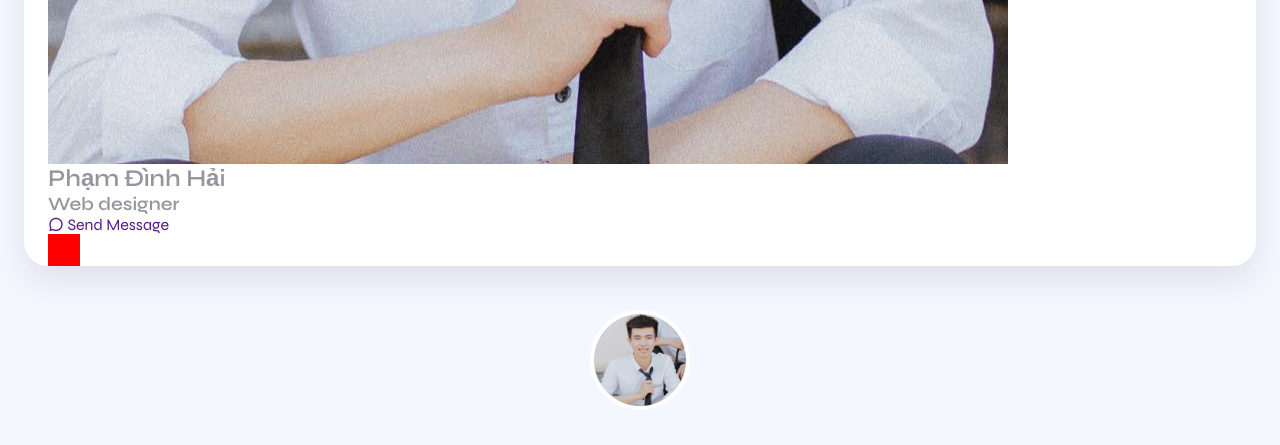
Repository: dinhhaidh/Profile
Page: index.html
The author's editor kept a copy of each file at every save. The page is drawn from the files as they stood at one save, then again after a run of saves.
The browser window is 1280 px wide. The pictures show the whole page.
Some web libraries are served in a nearby version.

Above is the page before, as saved 2024-02-29 09:13:19.

### index.html
<!DOCTYPE html>
<html lang="en">
<head>
    <meta charset="UTF-8">
    <meta name="viewport" content="width=device-width, initial-scale=1.0">

    <!--=============== REMIXICONS ===============-->
    <link rel="stylesheet" href="https://cdnjs.cloudflare.com/ajax/libs/remixicon/4.0.1/remixicon.css">

    <!--=============== CSS ===============-->
    <link rel="stylesheet" href="style.css">

    <title>Profile card with tooltip</title>
</head>
<body>
    <div class="container">
        <article class="card__article">
            <div class="card__profile">
                <img src="./img/img.jpg" alt="image" class="card__profile-img">
            </div>

            <div class="card__tooltip">
                <div class="card__content">
                    <header class="card__header">
                        <span>Social</span>

                        <div class="card__social">
                            <a href="https://www.linkedin.com" target="_blank">
                                <i class="ri-linkedin-box-line"></i>
                            </a>

                            <a href="https://www.github.com" target="_blank">
                                <i class="ri-github-fill"></i>
                            </a>

                            <a href="https://www.dribbble.com" target="_blank">
                                <i class="ri-dribbble-line"></i>
                            </a>
                        </div>
                    </header>

                    <div class="card__data">
                        <div class="card__image">
                            <div class="card__mask">
                                <img src="./img/img.jpg" alt="image" class="card__img">
                            </div>

                            <span class="card__stutus">

                            </span>
                        </div>
                        <h2 class="card__name">Phạm Đình Hải</h2>
                        <h3 class="card__profession">Web designer</h3>

                        <a href="" class="card__button">
                            <i class="ri-chat-3-line"></i> <span>Send Message</span>
                        </a>
                    </div>
                </div>
            </div>
        </article>
    </div>
</body>
</html>

### style.css
/*=============== GOOGLE FONTS ===============*/
@import url("https://fonts.googleapis.com/css2?family=Syne:wght@400;500;600&display=swap");

/*=============== VARIABLES CSS ===============*/
:root {
    /*========== Colors ==========*/
    /*Color mode HSL(hue, saturation, lightness)*/
    --first-color: hsl(230, 100%, 50%);
    --second-color: hsl(150, 100%, 38%);
    --title-color: hsl(230, 24%, 12%);
    --text-color: hsl(230, 4%, 60%);
    --gray-color: hsl(230, 24%, 88%);
    --border-color: hsl(230, 4%, 92%);
    --body-color: hsl(230, 100%, 98%);
    --container-color: hsl(0, 0%, 100%);

    /*========== Font and typography ==========*/
    /*.5rem = 8px | 1rem = 16px ...*/
    --body-font: "Syne", sans-serif;
    --h2-font-size: 1.25rem;
    --normal-font-size: 1rem;
}

/*=============== BASE ===============*/
* {
    box-sizing: border-box;
    padding: 0;
    margin: 0;
}

body {
    font-family: var(--body-font);
    font-size: var(--normal-font-size);
    background-color: var(--body-color);
    color: var(--text-color);
}

a {
    text-decoration: none;
}

img {
    display: block;
    max-width: 100%;
    height: auto;
}

/*=============== CARD ===============*/
.container{
    height: 100vh;
    display: grid;
    place-items: center;
    margin-inline: 1.5rem;
    padding-block: 7rem;
}
.card__article{
    position: relative;
    align-items: flex-end;
    display: flex;
    justify-content: center;
}
.card__profile{
    width: 100px;
    height: 100px;
    background-color: var(--gray-color);
    border-radius: 50%;
    overflow: hidden;
    display:flex;
    align-items: flex-end;
    justify-content: center;
    border: 4px solid var(--container-color);
    z-index: 5;
}
.card__profile-img{
    width: 95px;
}

.card__tooltip{
    position: absolute;
    bottom: 4rem;
    padding-bottom: 5rem;
    /* transition: opacity .4s, bottom .4s cubic-bezier(.6, -.5, .3, 1.5);
    pointer-events: none;
    opacity: 0; */
}
.card__content{
    position: relative;
    width: calc(100vw - 3rem);
    background-color: var(--container-color);
    box-shadow: 0 16px 32px hsla(230, 50%, 20%, .1);
    padding: 2rem 1.5rem;
    border-radius: 1.5rem;
}
.card__content::after{
    content: "";
    width: 32px;
    height: 32px;
    background-color: red;
    position: absolute;

}
.card__header{

}
.card__social{

}

.card__data{

}
.card__image{

}
.card__mask{

}
.card__img{

}
.card__stutus{

}
.card__name{

}
.card__profession{

}
.card__button{

}
.ri-chat-3-line{

}

/* Scale profile image */


/* Show tooltip card */


/*=============== BREAKPOINTS ===============*/
/* For medium devices */

After the next 12 saves:
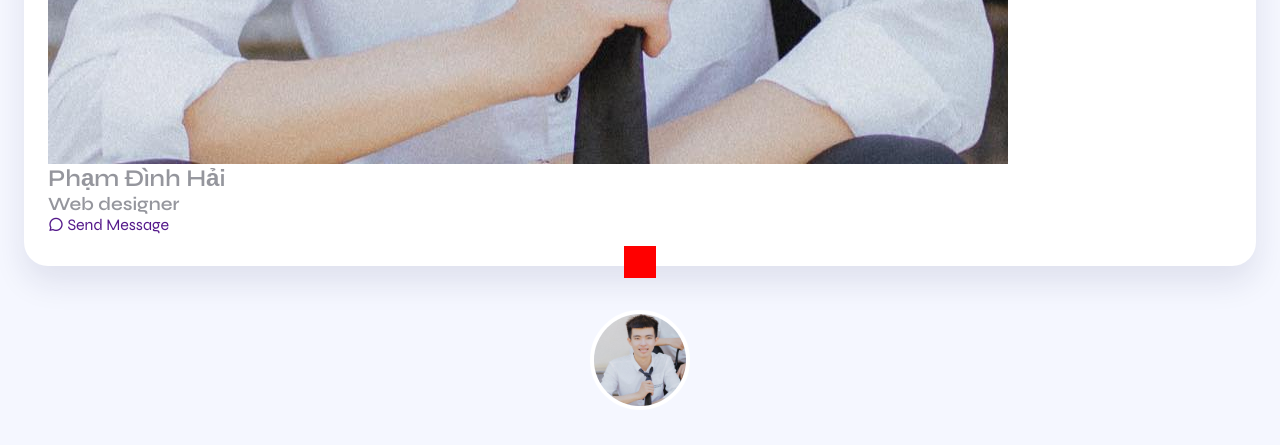
The 12 saves are shown as one change because they came seconds apart.
The last was saved 30 s later.
--- a/style.css
+++ b/style.css
@@ -97,7 +97,10 @@ img {
     height: 32px;
     background-color: red;
     position: absolute;
-
+    left: 0;
+    right: 0;
+    bottom: -.75rem;
+    margin-inline: auto;
 }
 .card__header{
 
